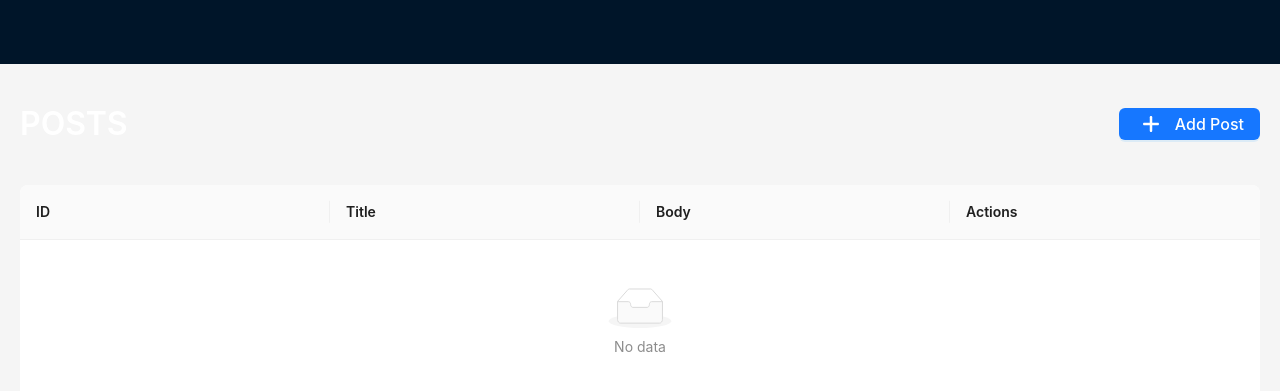
Repository: yasserrrz/Denamo-posts
Page: /
The author's editor kept a copy of each file at every save. The page is drawn from the files as they stood at one save, then again after the next save.
The browser window is 1280 px wide. The pictures show the whole page.
The page's requests for data from a server got no answer. The project was rebuilt for these pictures with package versions that can differ from the ones it lists, and the page was loaded fresh each time. No one was signed in, and anything a server would have sent is missing. Also part of the build but not shown: src/components/PostForm.tsx.

Above is the page before, as saved 2024-11-28 16:03:29.

After the next save:
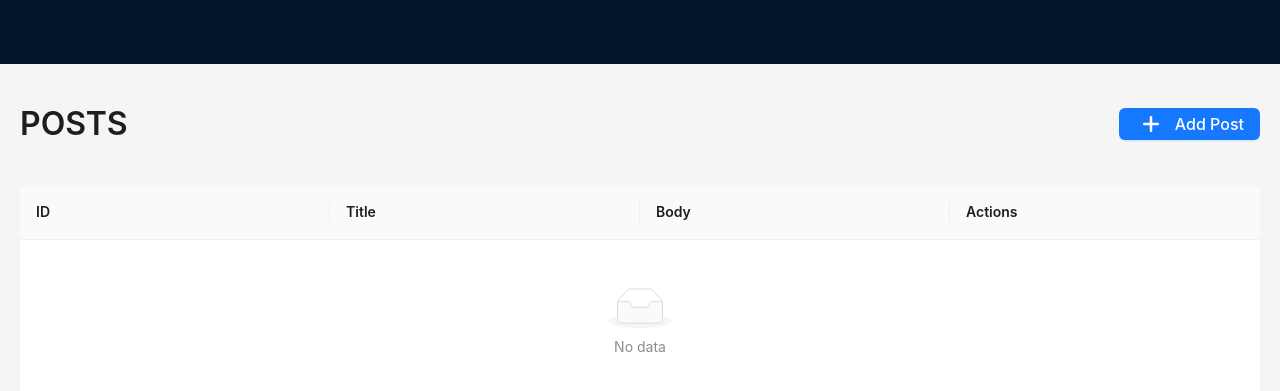
Saved 9 s later.
--- a/src/App.tsx
+++ b/src/App.tsx
@@ -19,7 +19,7 @@ const App: React.FC = () => {
 
       <Content style={{ padding: '20px' }}>
          <div style={{marginTop: '20px ' , marginBottom: '20px' , display: 'flex', justifyContent: 'space-between' , alignItems: 'center' }}>
-         <Title level={2} style={{ textAlign: 'center' , marginBottom:"0px" , marginTop:"0px" , fontSize: '32px' , fontWeight: '600' , textTransform: 'uppercase' , color: '#fff' }}>
+         <Title level={2} style={{ textAlign: 'center' , marginBottom:"0px" , marginTop:"0px" , fontSize: '32px' , fontWeight: '600' , textTransform: 'uppercase'  }}>
           Posts
         </Title>
          <Button onClick={()=>{setIsModalOpen(true)}} style={{fontSize: '16px' , fontWeight: '500' , padding: '15px'}} type="primary"><AddIcon/> Add Post</Button>
